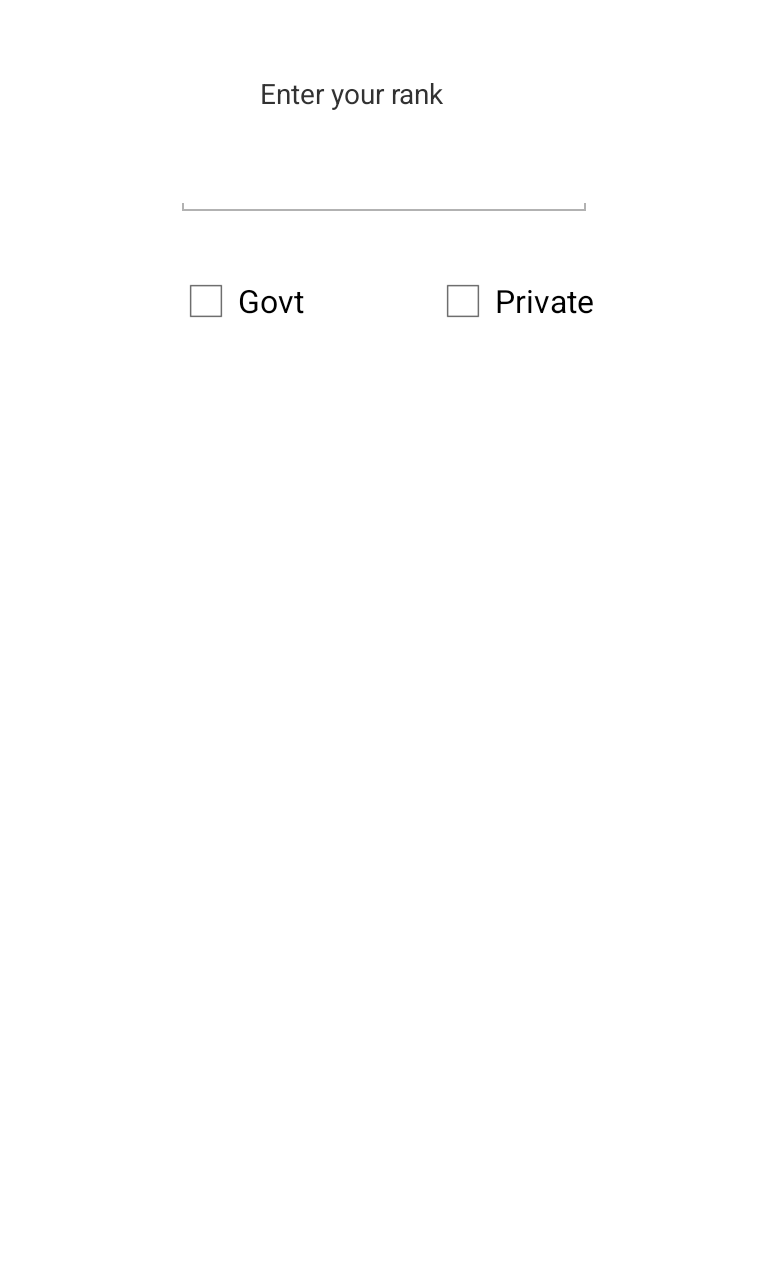
Repository: sandeepsas/Keam360
Layout: KEAM360/res/layout/activity_main.xml
An editor plug-in stored every save of this project. The layout is shown before and after the next save, followed by the edit.
It is drawn on a 768 x 1280 px phone screen (xhdpi) without system bars, with theme AppTheme; the app's code is not run.

Above is the layout before, as saved 2015-08-02 18:10:00.

### KEAM360/res/layout/activity_main.xml
<RelativeLayout xmlns:android="http://schemas.android.com/apk/res/android"
    xmlns:tools="http://schemas.android.com/tools"
    android:layout_width="match_parent"
    android:layout_height="match_parent"
    android:paddingBottom="@dimen/activity_vertical_margin"
    android:paddingLeft="@dimen/activity_horizontal_margin"
    android:paddingRight="@dimen/activity_horizontal_margin"
    android:paddingTop="@dimen/activity_vertical_margin"
    tools:context="com.sandeepsas.keam360.MainActivity" >

    <TextView
        android:id="@+id/textView1"
        android:layout_width="wrap_content"
        android:layout_height="wrap_content"
        android:layout_alignLeft="@+id/editText1"
        android:layout_alignParentTop="true"
        android:layout_marginLeft="43dp"
        android:layout_marginTop="21dp"
        android:text="Enter your rank" />

    <EditText
        android:id="@+id/editText1"
        android:layout_width="wrap_content"
        android:layout_height="wrap_content"
        android:layout_below="@+id/textView1"
        android:layout_centerHorizontal="true"
        android:layout_marginTop="14dp"
        android:ems="10" />

    <CheckBox
        android:id="@+id/checkBox1"
        android:layout_width="wrap_content"
        android:layout_height="wrap_content"
        android:layout_alignLeft="@+id/editText1"
        android:layout_below="@+id/editText1"
        android:layout_marginTop="25dp"
        android:text="Govt" />

    <CheckBox
        android:id="@+id/checkBox2"
        android:layout_width="wrap_content"
        android:layout_height="wrap_content"
        android:layout_alignBaseline="@+id/checkBox1"
        android:layout_alignBottom="@+id/checkBox1"
        android:layout_alignRight="@+id/editText1"
        android:text="Private" />

</RelativeLayout>

Loaded but not shown: KEAM360/res/values/styles.xml (common file); KEAM360/res/values-v11/styles.xml (common file); KEAM360/res/values-v14/styles.xml (common file); KEAM360/res/values/dimens.xml (common file); KEAM360/res/values-w820dp/dimens.xml (common file)

After the next save:
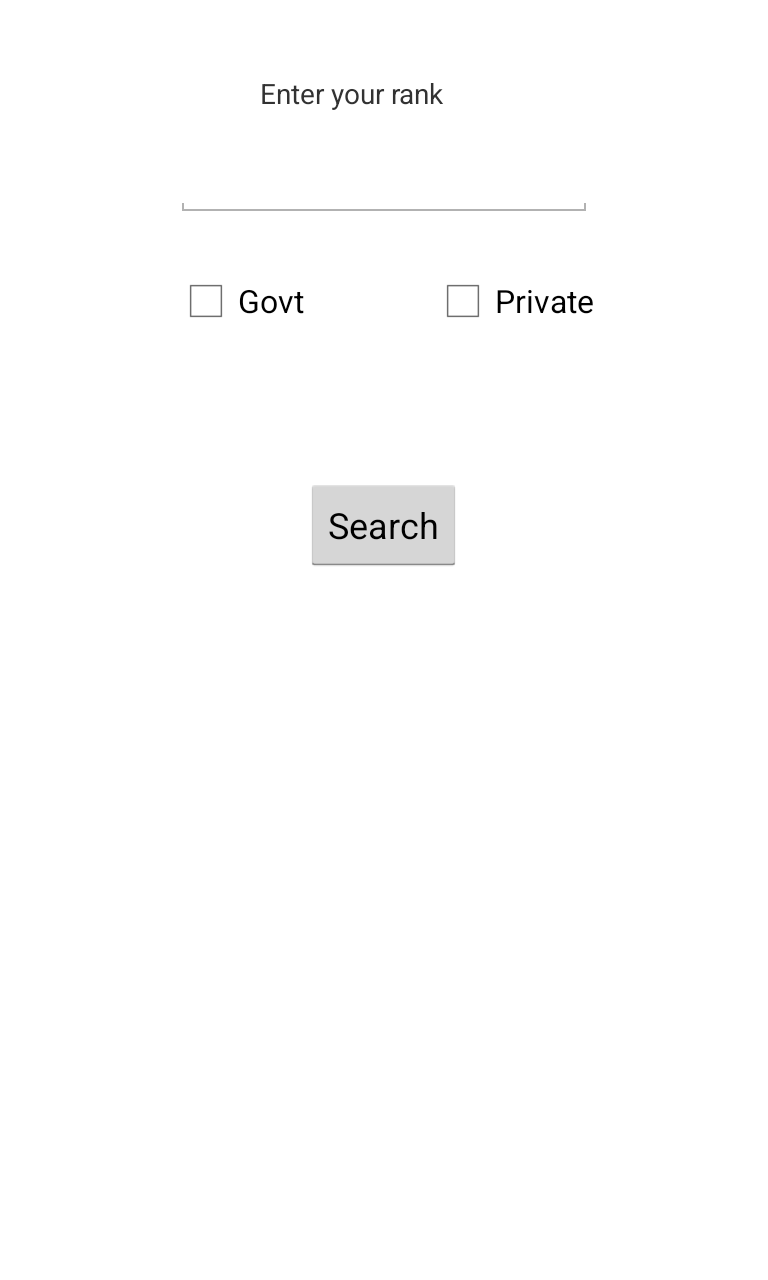
Saved 2 min 26 s later.
--- a/KEAM360/res/layout/activity_main.xml
+++ b/KEAM360/res/layout/activity_main.xml
@@ -45,4 +45,13 @@
         android:layout_alignRight="@+id/editText1"
         android:text="Private" />
 
+    <Button
+        android:id="@+id/button1"
+        android:layout_width="wrap_content"
+        android:layout_height="wrap_content"
+        android:layout_below="@+id/checkBox1"
+        android:layout_marginTop="72dp"
+        android:layout_toRightOf="@+id/checkBox1"
+        android:text="Search" />
+
 </RelativeLayout>
